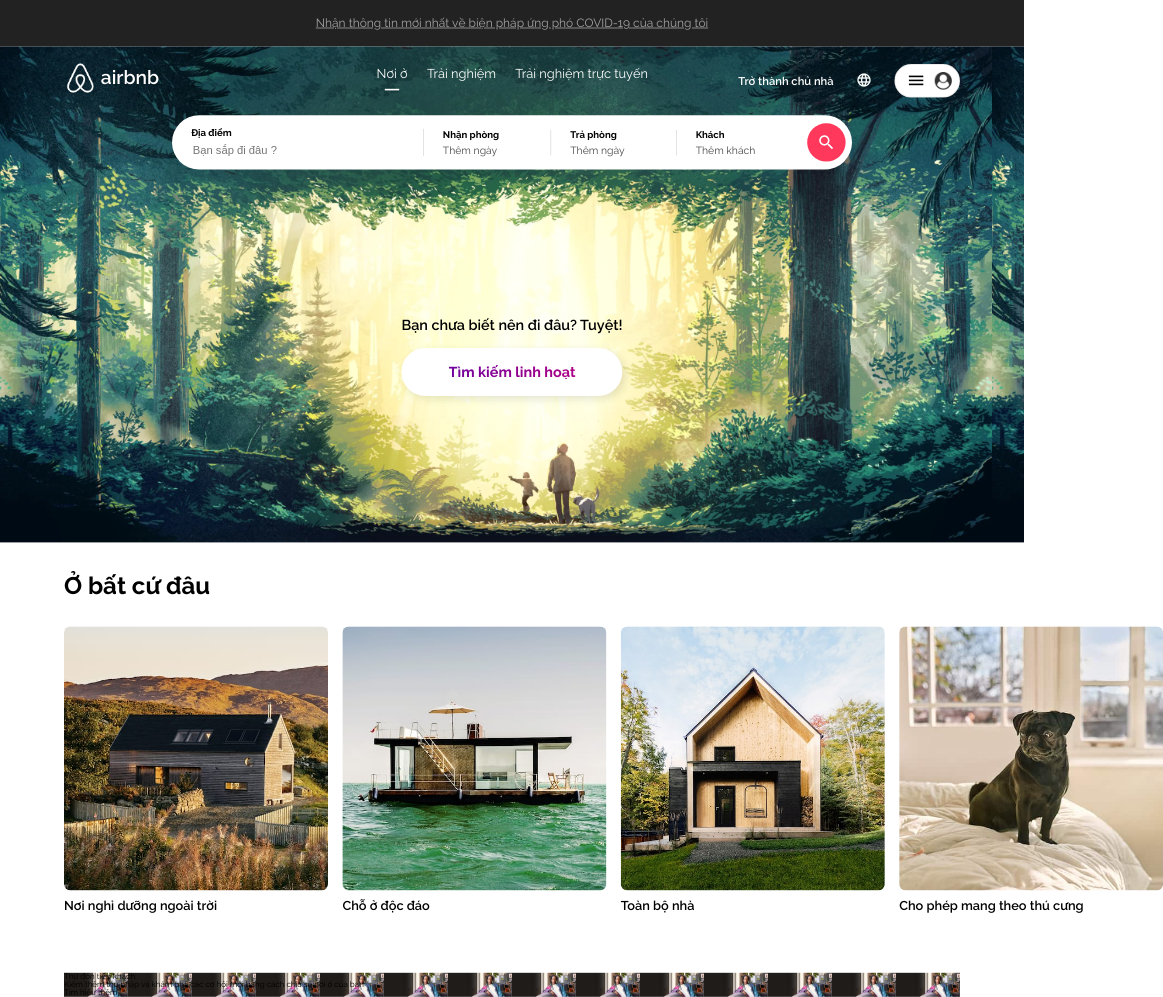
Repository: vanntrong/airbnb-clone
Page: index.html
The author's editor kept a copy of each file at every save. The page is drawn from the files as they stood at one save, then again after the next save.
The browser window is 1280 px wide. The page is 1454 px wide, so the pictures cover 1454 px, including what lies to the right of the window. The pictures show the whole page, at 80% of full size.

Above is the page before, as saved 2021-09-22 19:14:09.

After the next save:
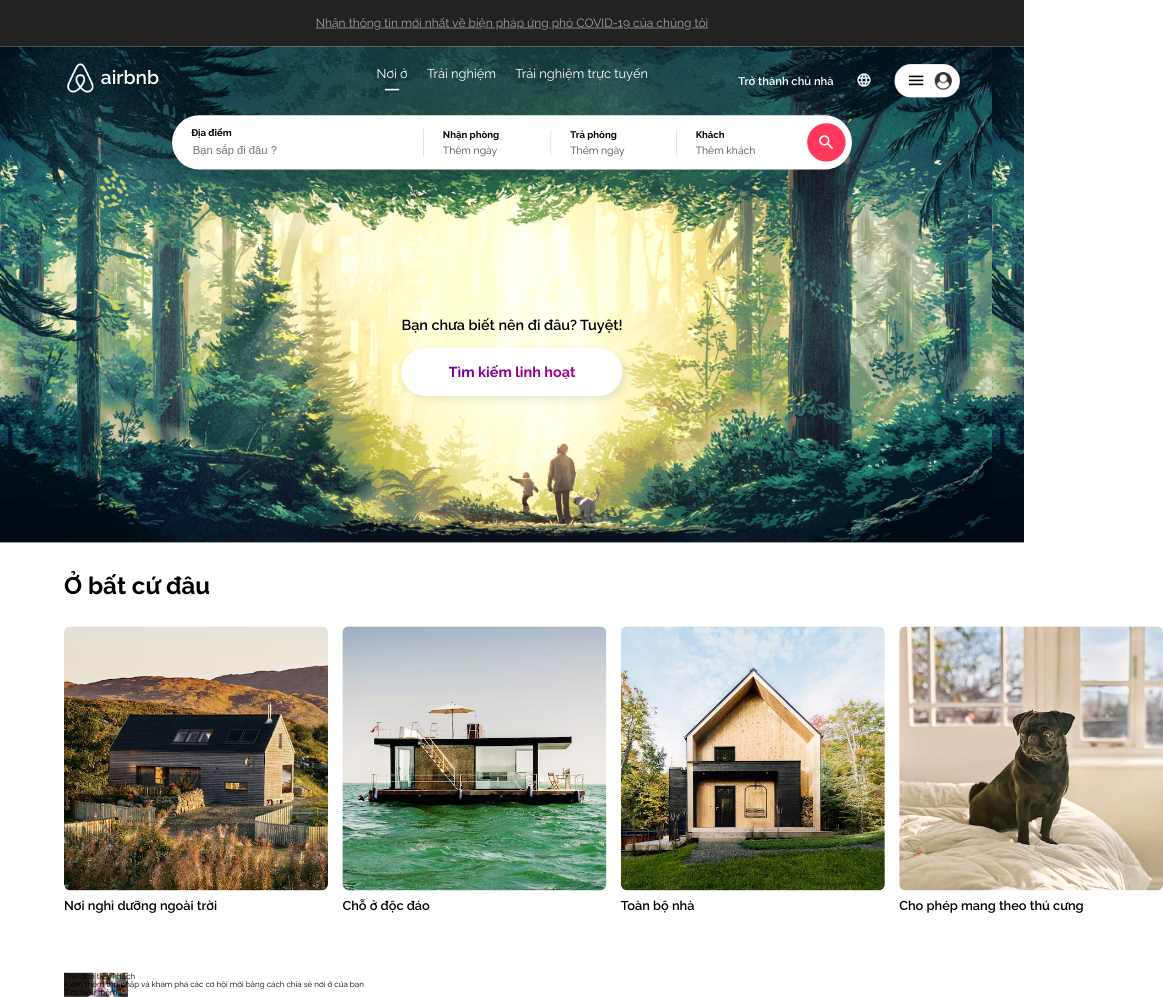
Saved 11 s later.
--- a/assets/css/style.css
+++ b/assets/css/style.css
@@ -359,4 +359,5 @@
   margin-top: 75px;
   background: url("../images/container/container__background.png");
   background-size: contain;
-}
+  background-repeat: no-repeat;
+}
